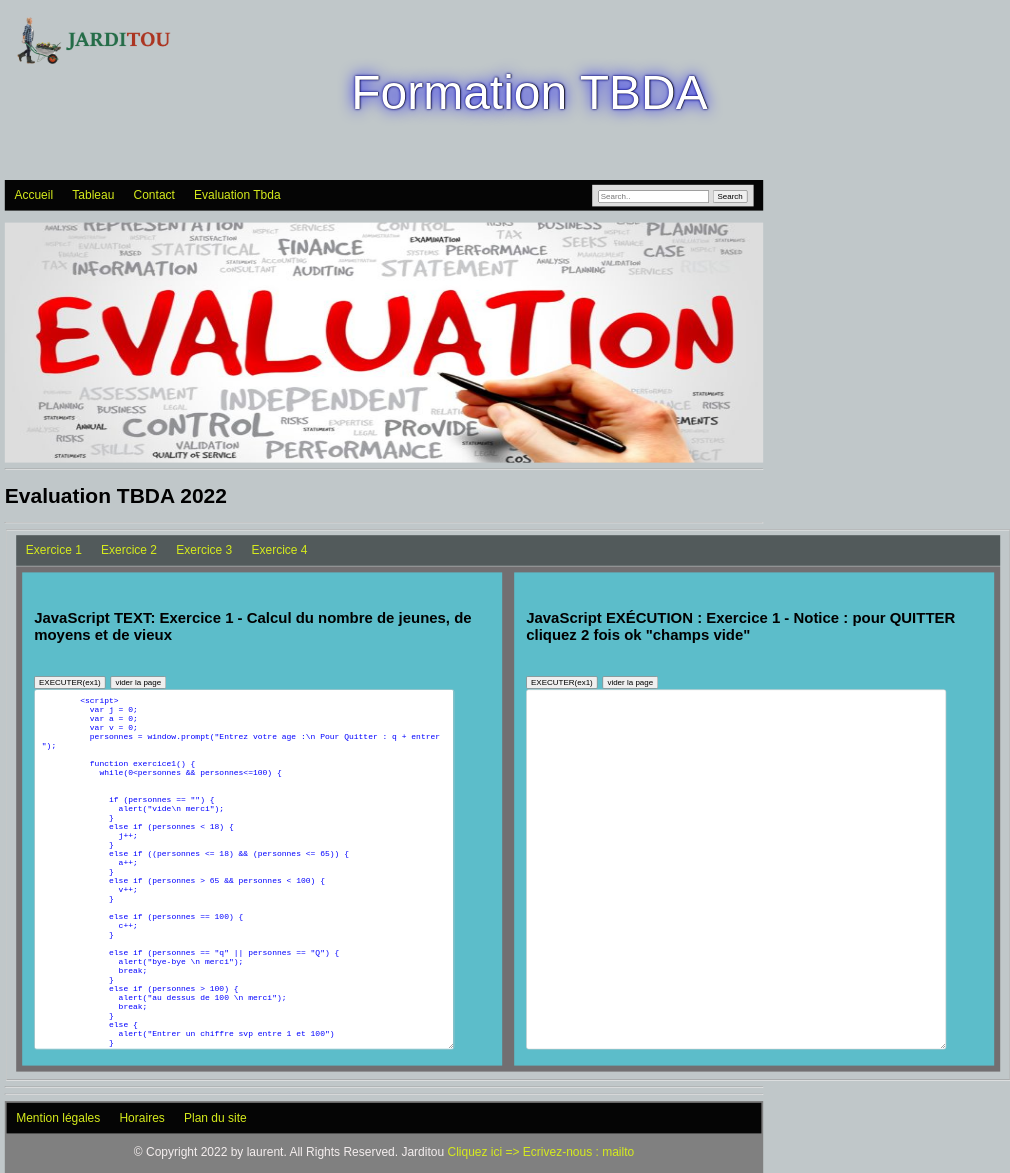
Repository: laurentbul/jarditou
Page: javascript/EvaluationTbda/eval_ex1.html
The author's editor kept a copy of each file at every save. The page is drawn from the files as they stood at one save, then again after the next save.
The browser window is 1280 px wide. The page is 1684 px wide, so the pictures cover 1684 px, including what lies to the right of the window. The pictures show the whole page, at 60% of full size.
An inner scrolling area shows only its first screen.

Above is the page before, as saved 2022-12-16 03:41:18.

### javascript/EvaluationTbda/eval_ex1.html
<!DOCTYPE html>
<html lang="fr">

<head>
  <meta charset="UTF-8">
  <meta http-equiv="X-UA-Compatible" content="IE=edge">
  <meta name="viewport" content="width=device-width, initial-scale=1.0">
  <title>cours exercices HTML</title>
  <link rel="stylesheet" href="../assets/css/style.css" />

  <style>
    .flex-container2 {
      display: flex;
      background-color: rgb(114, 111, 113);
      justify-content: center;
    }

    .flex-container2>div {
      background-color: #5cbdca;
      margin: 10px;
      padding: 20px;
      font-size: 30px;
      width: 800px;
    }
  </style>
</head>

<body>
  <div class="flex-container">
    <div class="logo"><img src="../assets/img/jarditou_logo.png" alt="jarditou logo" title="jarditou logo"
        height="80" />
    </div>
    <div>
      <p class="slogan">Formation TBDA </p>
    </div>
  </div>
  <nav>
    <ul>
      <li><a href="../index.html">Accueil</a></li>
      <li><a href="../table.html">Tableau</a></li>
      <li><a href="../contact.html">Contact</a></li>
      <li><a href="../EvaluationTbda/evaluation_tbda.html">Evaluation Tbda</a></li>
      <li class="search-container">
        <div>
          <form action="/action_page.php">
            <input type="text" class="searchinput" placeholder="Search.." name="search" />
            <button type="submit">Search</button>
          </form>
        </div>
      </li>
    </ul>
  </nav>

  <img src="../assets/img/evaluation2.jpg" width="500" height="400" alt="qu'est ce que html" class="imgpromotion"
    title="promotion jarditou" />
  <hr />
  <h1>Evaluation TBDA 2022</h1>
  <hr>
  <fieldset>
    <nav style="padding:1px 0; font-size:20px;">
      <ul style="background-color: #525a5b;">
        <li><a href="eval_ex1.html">Exercice 1 </a></li>
        <li><a href="eval_ex2.html">Exercice 2 </a></li>
        <li><a href="eval_ex3.html">Exercice 3</a></li>
        <li><a href="eval_ex4.html">Exercice 4</a></li>
      </ul>
    </nav>
    <div class="flex-container2">
      <div id="code">
        <h5>JavaScript TEXT: Exercice 1 - Calcul du nombre de jeunes, de moyens et de vieux</h5>
        <input type="button" onclick="exercice1()" value="EXECUTER(ex1)">
        <input type="button" onclick="myFunction()" value="vider la page">
        <textarea style="height: 600px;width: 700px; color: blue;">
        <script>
          var j = 0;
          var a = 0;
          var v = 0;
          personnes = window.prompt("Entrez votre age :\n Pour Quitter : q + entrer ");

          function exercice1() {
            while(0<personnes && personnes<=100) {


              if (personnes == "") {
                alert("vide\n merci");
              }
              else if (personnes < 18) {
                j++;
              }
              else if ((personnes <= 18) && (personnes <= 65)) {
                a++;
              }
              else if (personnes > 65 && personnes < 100) {
                v++;
              }

              else if (personnes == 100) {
                c++;
              }

              else if (personnes == "q" || personnes == "Q") {
                alert("bye-bye \n merci");
                break;
              }
              else if (personnes > 100) {
                alert("au dessus de 100 \n merci");
                break;
              }
              else {
                alert("Entrer un chiffre svp entre 1 et 100")
              }
            }

            window.alert("Il y a " + "" + j + "" + " jeunes\n " + "Il y a " + "" + a + "" + " adulte\n " + " Il y a " + " Il y a " + "" + v + "" + " vieux\n " + " dont " +  c + "" + " centenaire ");
            document.getElementById("ex1").innerHTML = "Il y a " + "" + j + "" + " jeunes\n " + "Il y a " + "" + a + "" + " adulte\n " + " Il y a " + " Il y a " + "" + v + "" + " vieux\n " + " dont " +  c + "" + " centenaire ";
            //document.write("Il y a " + "" + j + "" + " jeunes\n " + "Il y a " + "" + a + "" + " adulte\n " + " Il y a " + " Il y a " + "" + v + "" +" vieux\n " + " dont "+ " 1 " + "" + " centenaire ");
          }
          function myFunction() {
            location.reload();
          }
          function reset() {
            document.getElementById("myForm").reset();
          }
        </script>
    </textarea>
      </div>
      <div>
        <h5>JavaScript EXÉCUTION : Exercice 1 -  Notice : pour QUITTER cliquez 2 fois ok "champs vide"</h5>
        <input type="button" onclick="exercice1()" value="EXECUTER(ex1)">
        <input type="button" onclick="myFunction()" value="vider la page">
        <textarea id="ex1" style="height: 600px;width: 700px; color: blue;"></textarea>
      </div>
    </div>
  </fieldset>
  <hr>
  <hr>
  <script type="text/javascript" src="../assets/js/ex1.js"></script>
  <footer>
    <nav>
      <ul>
        <li><a href="./../mentionlegale.html">Mention légales</a></li>
        <li><a href="./../horaire.html">Horaires</a></li>
        <li><a href="./../plandusite.html">Plan du site</a></li>
      </ul>
    </nav>
    <p style="color: rgb(244, 238, 238);">
      &copy; Copyright 2022 by laurent. All Rights Reserved. Jarditou
      <a href="mailto:dave.loper@afpa.fr" title="Nous contacter">
        Cliquez ici => Ecrivez-nous : mailto
      </a>
    </p>
  </footer>
</body>

</html>

### javascript/assets/css/style.css
body {
  font-family: Arial, Helvetica, sans-serif;
  padding: 0px;
  background-color: rgb(192, 199, 201);
  font-size: 20px;
  height: 1500px;
}
h1{font-size: 35px;
}
h2{font-size: 20px;
}
.flex-container {
  display: flex;
}

.flex-container>div {
  padding: 20px;
}

.jarditou_logo {
  height: 80px;
}

.slogan {
  color: white;
  text-shadow: 1px 1px 2px black, 0 0 25px blue, 0 0 5px darkblue;
  font-size: 40px;
  margin-left: 250px;
  font-size: 80px;
}

ul {
  list-style-type: none;
  margin: 0;
  padding: 0;
  overflow: hidden;
  background-color: rgb(5, 5, 5);
}

li {
  float: left;
}

li a {
  display: block;
  color: white;
  text-align: center;
  padding: 14px 16px;
  text-decoration: none;
}

li a:hover:not(.active) {
  background-color: rgb(240, 10, 10);
}

.active {
  background-color: #4caf50;
}

a:link {
  color: rgb(214, 235, 28);
  background-color: transparent;
  text-decoration: none;
}

ul.a {

  background-color: rgb(179, 167, 167);

  color:rgb(42, 226, 211);

}


aside {
  width: 30%;
  height: 25%px;
  padding-left: 15px;
  float: right;
  font-style: italic;
  background-color: lightgray;
  margin-right: 60px;
  /*display:none */ /*===========correction =======================*/
}



.imgpromotion {
  display: block;
  margin-top: 20px;
  margin-left: auto;
  margin-right: auto;
  width: 100%;
}


footer {
  text-align: center;
  padding: 3px;
  background-color: gray;
  color: white;
}


.search-container {
  float: right;
  padding: 6px 10px;
  margin-top: 8px;
  margin-right: 16px;
  background: #ddd;
  font-size: 20px;
  border: none;
  cursor: pointer;
}


* {
  box-sizing: border-box;
}

input[type=text]:not(.searchinput),
select,
textarea {
  width: 100%;
  padding: 12px;
  border: 1px solid #ccc;
  border-radius: 4px;
  resize: vertical;
}



input[type=submit] {
  display: block;
  margin: 0px;
  width: 100%;
  padding: 12px;
  background-color: rgb(211, 211, 212);
}


input[type=submit]:hover {
  background-color: #d6c82f;
}

.container {
  border-radius: 5px;
  background-color: #af1818;
  padding: 20px;
}

#pays {
  font-size: 20px;
}

#birthday {
  font-size: 20px;
}

table {
  margin-bottom: 50px;
  margin-left: 100px;
}


th,
td {
  border: 1px solid black;
  border-collapse: collapse;
  margin-left: 100px;
  margin-bottom: 10px;
  background-color: #3f3324;
}

th {
  background-color: gray;
}

tr {
  color: azure;
}

table {
  width: 50%;
}

.btncontact {
  height: 45px;
  width: 200px;
  background-color: hsl(127, 4%, 46%);
  font-size: 20px;
  margin-left: 100px;
}

.btncontact:hover {
  background-color: #6ab0d8;
  color: white;
}

/* Responsive layout - when the screen is less than 768px wide, make the two columns stack on top of each other instead of next to each other */
@media screen and (max-width: 768px) {

  body {

    background-color: lavender;
    font-size: 14px;
  }


  .flex-container {
    display: flex;
  }

  .flex-container>div {
    padding: 0px;

  }

  .jarditou_logo {
    height: 80px;
  }

  .slogan {
    color: white;
    text-shadow: 1px 1px 2px black, 0 0 25px blue, 0 0 5px darkblue;
    margin-left: 0px;
    font-size: 40px;
  }

  ul {
    list-style-type: none;
    background-color: #367791;
    width: 768px;
  }

  li {
    background-color: rgb(10, 10, 10);
    display: flex;
    justify-content: center;
    width: 768px;
  }

  li a:hover:not(.active) {
    background-color: rgb(240, 10, 10);
  }

  aside{
    visibility: hidden;
}


}

.error{
  color: rgb(197, 22, 22);
}

### javascript/assets/js/ex1.js

var j = 0;
var a = 0;
var v = 0;
var personnes;
function exercice1() {
  do {
    personnes = window.prompt("Entrez votre age :\n Pour Quitter : q + entrer ");

    if (personnes == "") {
      break;
    }
    else if (personnes < 18) {
      j++;
    }
    else if ((personnes <= 18) || (personnes <= 65)) {
      a++;
    }
    else if (personnes > 65 || personnes < 100) {
      v++;
    }
    else if (personnes == "q" || personnes == "Q") {
      alert("bye-bye \n merci");
      break;
    }
    else {
      alert("Entrer un chiffre svp entre 1 et 100")
    }
  }
  while (personnes != 100);
  window.alert("Il y a " + "" + j + "" + " jeunes\n " + "Il y a " + "" + a + "" + " adulte\n " + " Il y a " + " Il y a " + "" + v + "" + " vieux\n " + " dont " + " 1 " + "" + " centenaire ");
  document.getElementById("ex1").innerHTML = "Il y a " + "" + j + "" + " jeunes\n " + "Il y a " + "" + a + "" + " adulte\n " + " Il y a " + " Il y a " + "" + v + "" + " vieux\n " + " dont " + " 1 " + "" + " centenaire ";
  //document.write("Il y a " + "" + j + "" + " jeunes\n " + "Il y a " + "" + a + "" + " adulte\n " + " Il y a " + " Il y a " + "" + v + "" +" vieux\n " + " dont "+ " 1 " + "" + " centenaire ");
}
function myFunction() {
  location.reload();
}
function reset() {
  document.getElementById("myForm").reset();
}

After the next save:
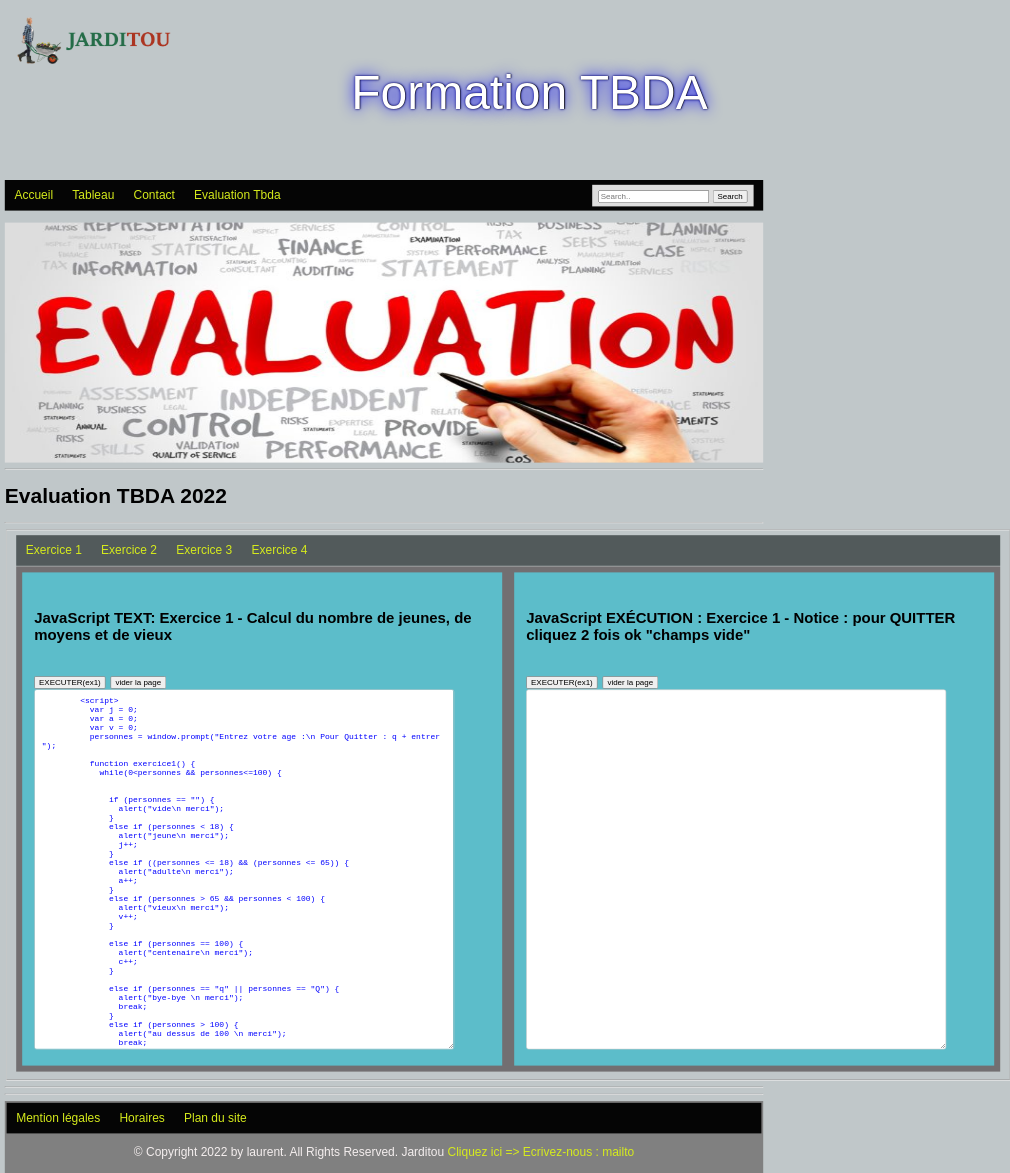
Saved 5 min 8 s later.
--- a/javascript/EvaluationTbda/eval_ex1.html
+++ b/javascript/EvaluationTbda/eval_ex1.html
@@ -85,16 +85,20 @@
                 alert("vide\n merci");
               }
               else if (personnes < 18) {
+                alert("jeune\n merci");
                 j++;
               }
               else if ((personnes <= 18) && (personnes <= 65)) {
+                alert("adulte\n merci");
                 a++;
               }
               else if (personnes > 65 && personnes < 100) {
+                alert("vieux\n merci");
                 v++;
               }
 
               else if (personnes == 100) {
+                alert("centenaire\n merci");
                 c++;
               }
 
